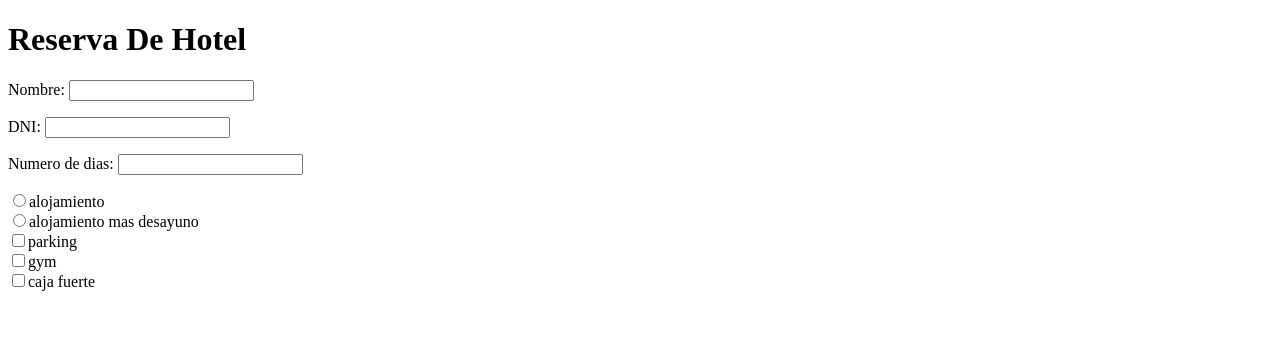
Repository: weertop/2DAW
Page: http://localhost/Formularios/hotel.jsp
The author's editor kept a copy of each file at every save. The page is drawn from the files as they stood at one save, then again after the next save.
The browser window is 1280 px wide. The pictures show the whole page.
The page is served by Tomcat 9. Other server files are loaded and not shown.

Above is the page before, as saved 2019-10-02 10:37:23.

### DWServidor/eclipse-workspace-photom/Formularios/WebContent/hotel.jsp
<%@ page language="java" contentType="text/html; charset=UTF-8"
    pageEncoding="UTF-8"%>
<%@ page import="java.util.*, java.text.*" %>
<!DOCTYPE html>
<html>
<head>
<meta charset="UTF-8">
<title>Insert title here</title>
</head>
<body>
	<h1>Reserva De Hotel</h1>
	<form action="destinoHotel" method="post">
		<p>Nombre: <input type="text" name="nombre"/></p>
		<p>DNI: <input type="text" name="dni"/></p>
		<p>Numero de dias: <input type="number" name="dias"/></p>
		<input type="radio" name="tipo" value="alojamiento"/>alojamiento<br/>
		<input type="radio" name="tipo" value="aloydesayuno"/>alojamiento mas desayuno<br/>
		<input type="checkbox" name="parking" value="parking"/>parking<br/>
		<input type="checkbox" name="gym" value="gym"/>gym<br/>
		<input type="checkbox" name="caja" value="caja"/>caja fuerte<br/>
	</form>
</body>
</html>

After the next save:
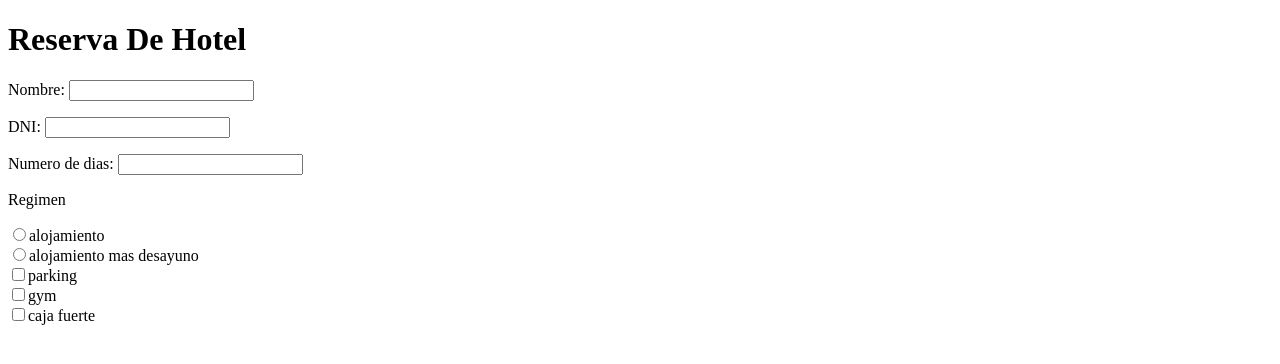
Saved 21 s later.
--- a/DWServidor/eclipse-workspace-photom/Formularios/WebContent/hotel.jsp
+++ b/DWServidor/eclipse-workspace-photom/Formularios/WebContent/hotel.jsp
@@ -13,6 +13,7 @@
 		<p>Nombre: <input type="text" name="nombre"/></p>
 		<p>DNI: <input type="text" name="dni"/></p>
 		<p>Numero de dias: <input type="number" name="dias"/></p>
+		<p>Regimen</p>
 		<input type="radio" name="tipo" value="alojamiento"/>alojamiento<br/>
 		<input type="radio" name="tipo" value="aloydesayuno"/>alojamiento mas desayuno<br/>
 		<input type="checkbox" name="parking" value="parking"/>parking<br/>
